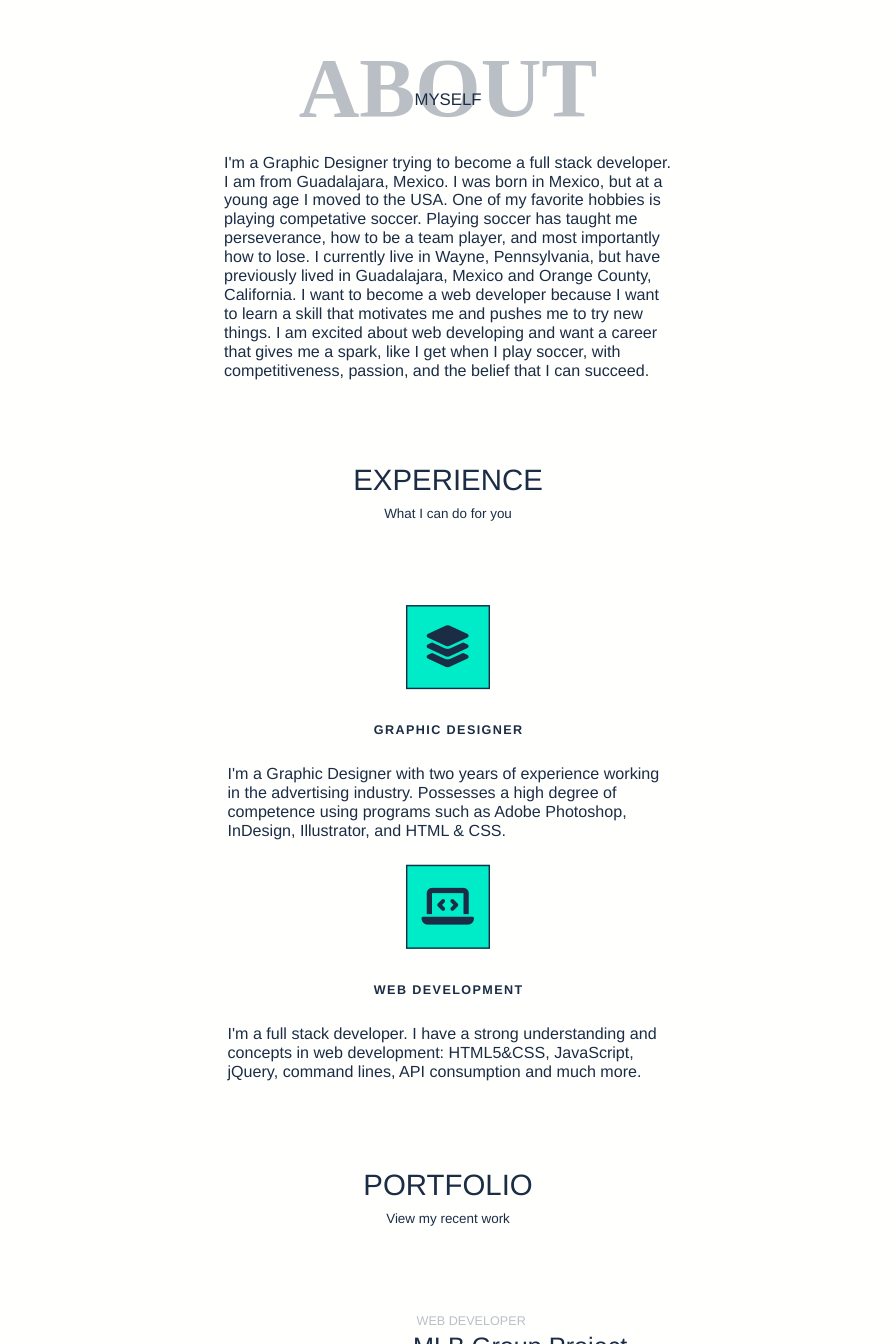
Repository: jb150524/JB-Portfolio
Page: index.html
The author's editor kept a copy of each file at every save. The page is drawn from the files as they stood at one save, then again after the next save.
The browser window is 1280 px wide. The pictures show the part of the page from y = 688 to 2608 px (the page is 4394 px tall before and 4367 px after), at 70% of full size.
Some web libraries are served in a nearby version.

Above is the page before, as saved 2021-09-25 21:59:47.

After the next save:
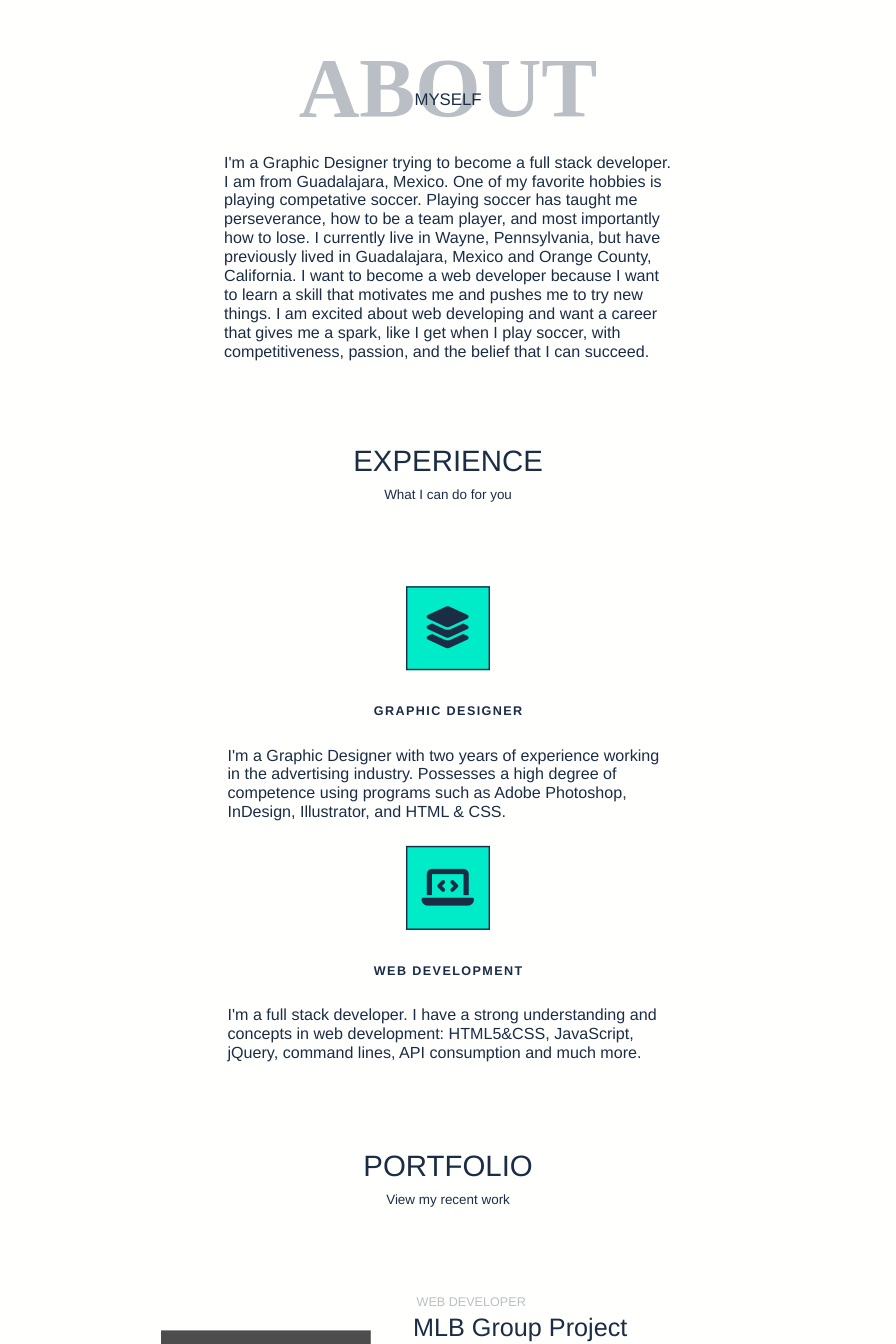
Saved 72 s later.
--- a/index.html
+++ b/index.html
@@ -45,7 +45,7 @@
           <h6>Myself</h6>
         </div>
           <p>
-          I'm a Graphic Designer trying to become a full stack developer. I am from Guadalajara, Mexico. I was born in Mexico, but at a young age I moved to the USA. One of my favorite hobbies is playing competative soccer. Playing soccer has taught me perseverance, how to be a team player, and most importantly how to lose. I currently live in Wayne, Pennsylvania, but have previously lived in Guadalajara, Mexico and Orange County, California. I want to become a web developer because I want to learn a skill that motivates me and pushes me to try new things. I am excited about web developing and want a career that gives me a spark, like I get when I play soccer, with competitiveness, passion, and the belief that I can succeed.
+          I'm a Graphic Designer trying to become a full stack developer. I am from Guadalajara, Mexico. One of my favorite hobbies is playing competative soccer. Playing soccer has taught me perseverance, how to be a team player, and most importantly how to lose. I currently live in Wayne, Pennsylvania, but have previously lived in Guadalajara, Mexico and Orange County, California. I want to become a web developer because I want to learn a skill that motivates me and pushes me to try new things. I am excited about web developing and want a career that gives me a spark, like I get when I play soccer, with competitiveness, passion, and the belief that I can succeed.
           </p>
           </a>
       </div>
